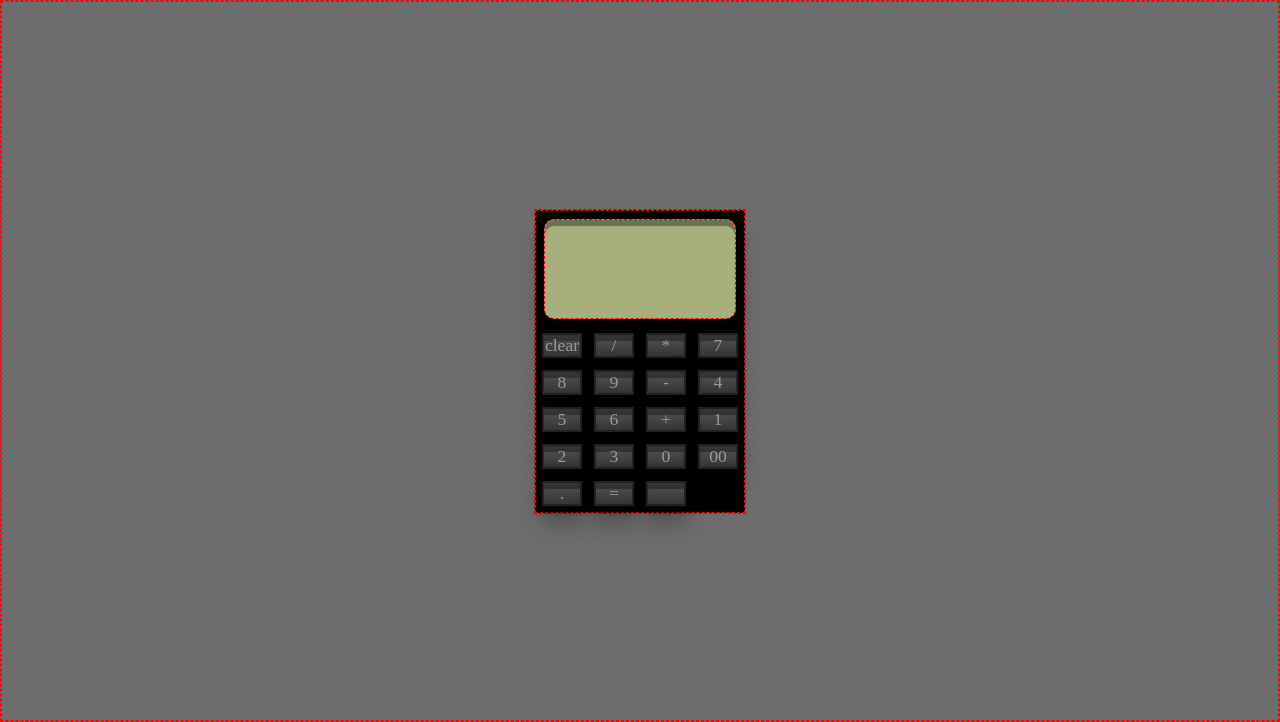
Repository: JunaidAnsari202/calculator
Page: index.html
These files come from the project's save history. The page is drawn as it stood at one moment and after a run of saves; the edit follows.
The browser window is 1280 px wide. The pictures show the whole page.

Above is the page before, as saved 2023-10-28 00:13:02.

After the next 7 saves:
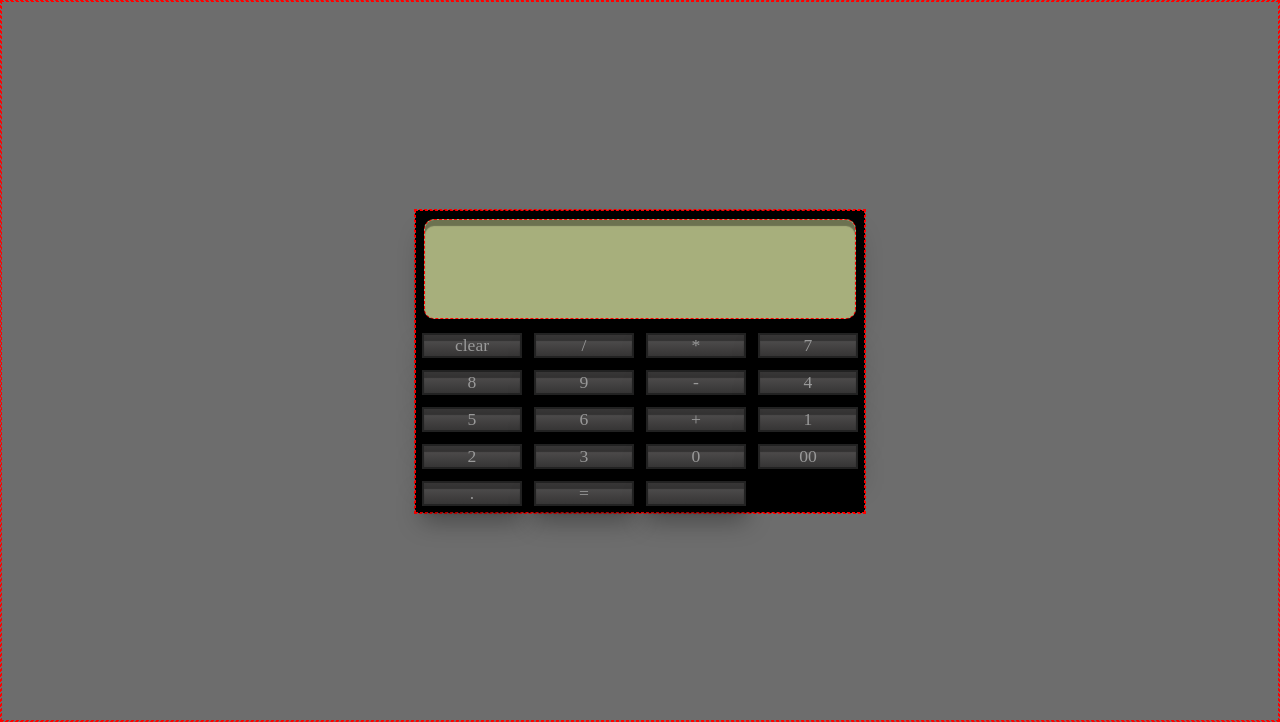
The 7 saves are shown as one change because they came seconds apart.
The last was saved 28 s later.
--- a/style.css
+++ b/style.css
@@ -21,7 +21,7 @@ body{
     position: relative;
     display: grid;
     background-color: black;
-
+    width: 450px;
 }
 
 #value{
